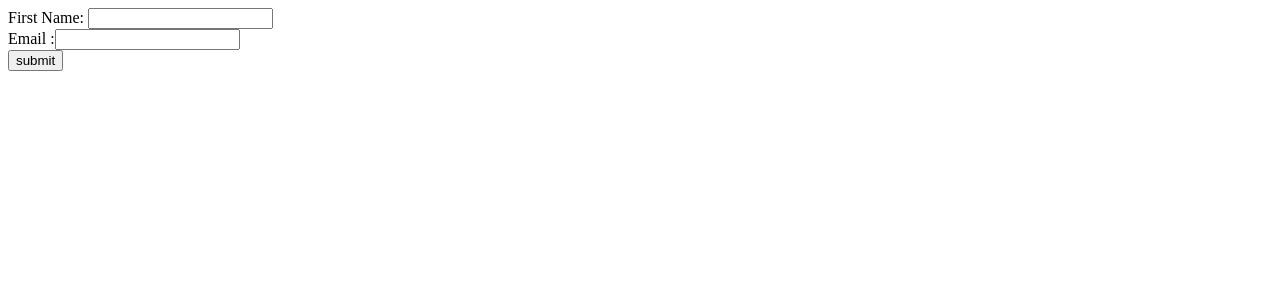
Repository: KnowledgeMarkg/Java-framerwork
Page: Servlet_JSP/ServletDem/src/main/webapp/index.html
The author's editor kept a copy of each file at every save. The page is drawn from the files as they stood at one save, then again after the next save.
The browser window is 1280 px wide. The pictures show the whole page.

Above is the page before, as saved 2023-08-17 10:32:57.

### Servlet_JSP/ServletDem/src/main/webapp/index.html
<!DOCTYPE html>
<html>
<head>
<meta charset="ISO-8859-1">
<title>Insert title here</title>
</head>
<body>
<form action= "Login" method="post">
	 First Name: <input type="text" name="fname"/> </br>
     Email     :<input type="email" id="email" name="email"/> </br>
     <input type="submit" value="submit">
</form>
</body>
</html>

After the next save:
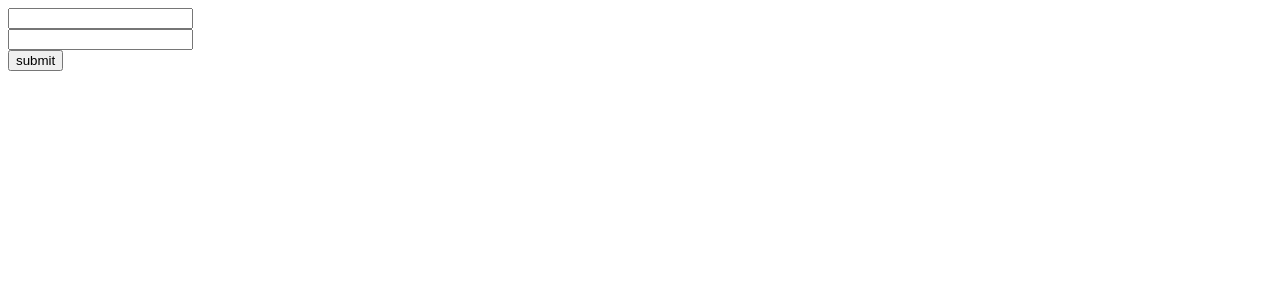
Saved 3 h 55 min later.
--- a/Servlet_JSP/ServletDem/src/main/webapp/index.html
+++ b/Servlet_JSP/ServletDem/src/main/webapp/index.html
@@ -6,8 +6,8 @@
 </head>
 <body>
 <form action= "Login" method="post">
-	 First Name: <input type="text" name="fname"/> </br>
-     Email     :<input type="email" id="email" name="email"/> </br>
+	 <input type="text" name="fname"/> </br>
+     <input type="email" id="email" name="email"/> </br>
      <input type="submit" value="submit">
 </form>
 </body>
